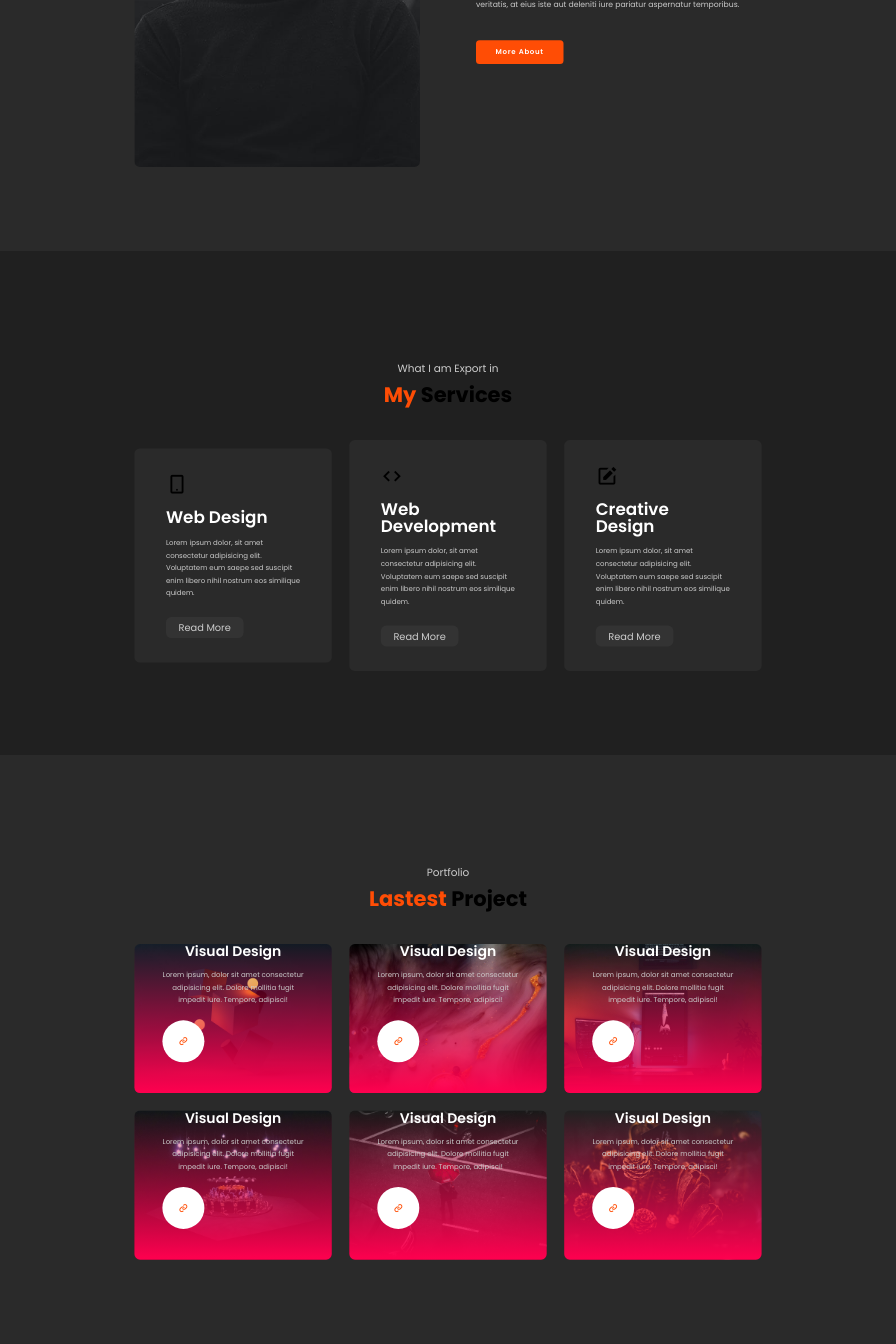
Repository: HungNg99/Protifolio2
Page: Portfolio/index.html
The author's editor kept a copy of each file at every save. The page is drawn from the files as they stood at one save, then again after the next save.
The browser window is 1280 px wide. The pictures show the part of the page from y = 1311 to 3231 px (the page is 3231 px tall), at 70% of full size.

Above is the page before, as saved 2022-12-12 15:03:50.

After the next save:
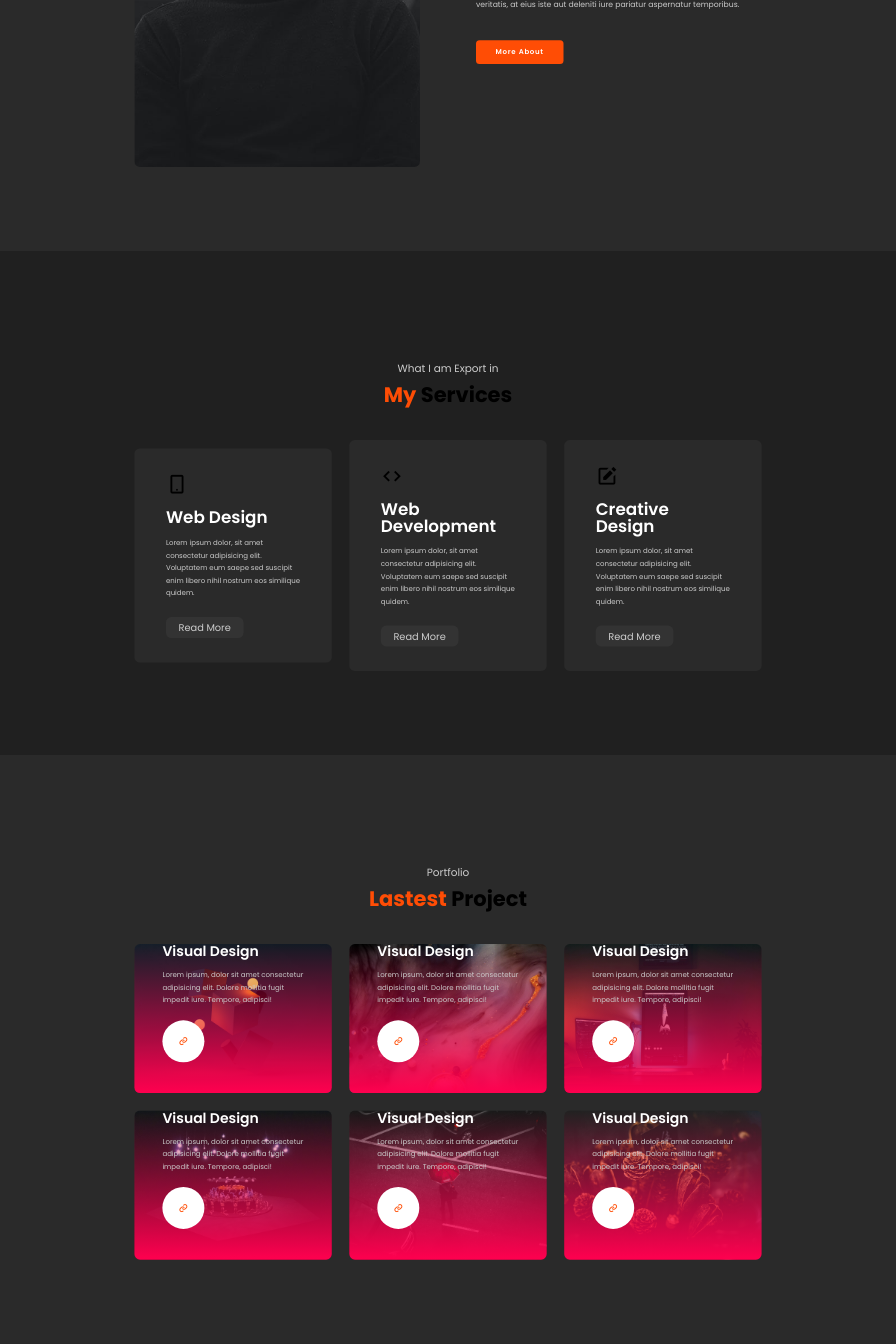
Saved 67 s later.
--- a/Portfolio/style.css
+++ b/Portfolio/style.css
@@ -307,13 +307,15 @@
     background: linear-gradient(rgba(0,0,0,0.1),#ff004f);
     position: absolute;
     border-radius: 8px;
+    top: 0;
     left: 0;
+    right: 0;
     bottom: 0;
     overflow: hidden;
-    display: inline-block;
-    align-items: center;
-    justify-content:center;
-    text-align: center;
+    /* display: inline-block;
+    align-items: center;
+    justify-content:center; */
+    /* text-align: center; */
     padding: 0px 40px;
     transition: height 0.45s;
 }

After the save that followed:
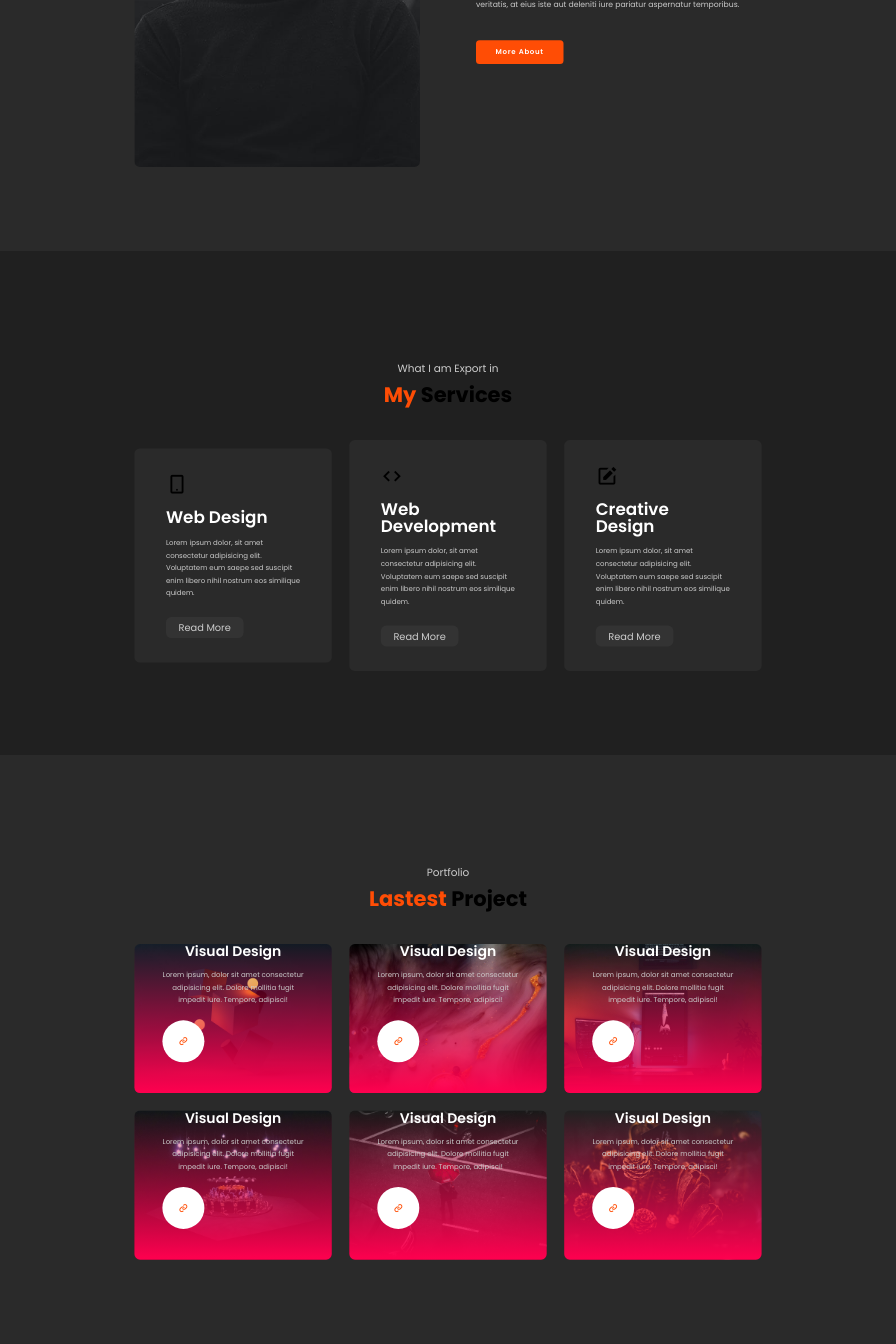
Saved 9 s later.
--- a/Portfolio/style.css
+++ b/Portfolio/style.css
@@ -315,7 +315,7 @@
     /* display: inline-block;
     align-items: center;
     justify-content:center; */
-    /* text-align: center; */
+    text-align: center;
     padding: 0px 40px;
     transition: height 0.45s;
 }
